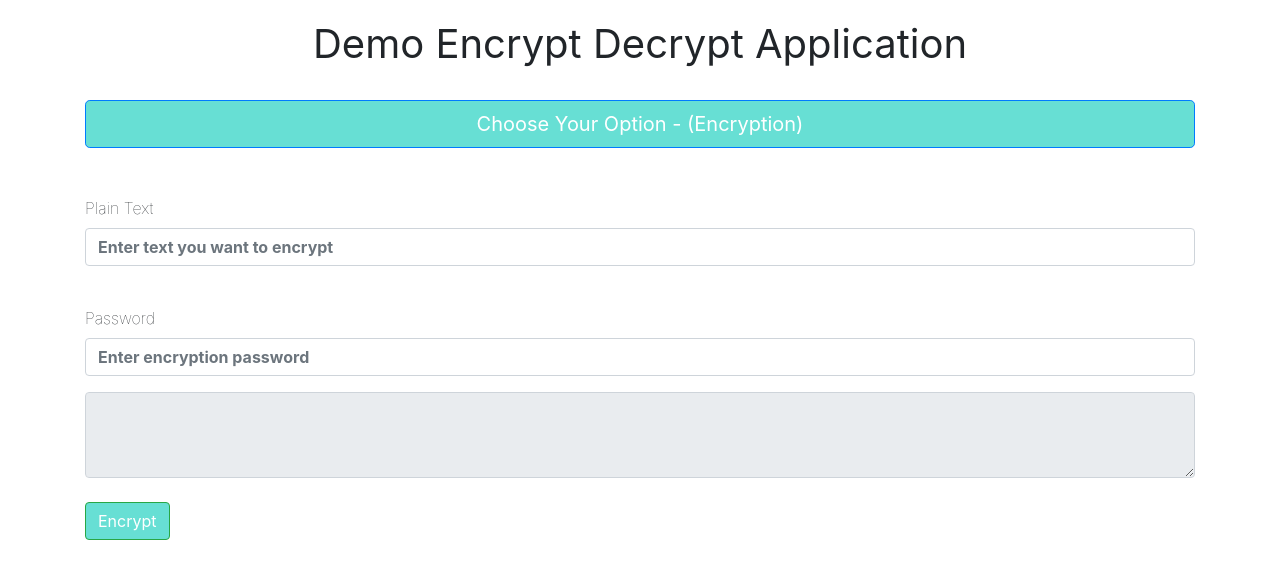
Repository: beardbytes/EncDecrypt
Page: / (app in EncryptDecrypt/)
The author's editor kept a copy of each file at every save. The page is drawn from the files as they stood at one save, then again after the next save.
The browser window is 1280 px wide. The pictures show the whole page.
The project was rebuilt for these pictures with package versions that can differ from the ones it lists, and the page was loaded fresh each time. Also part of the build but not shown: EncryptDecrypt/angular.json.

Above is the page before, as saved 2020-08-15 16:11:54.

After the next save:
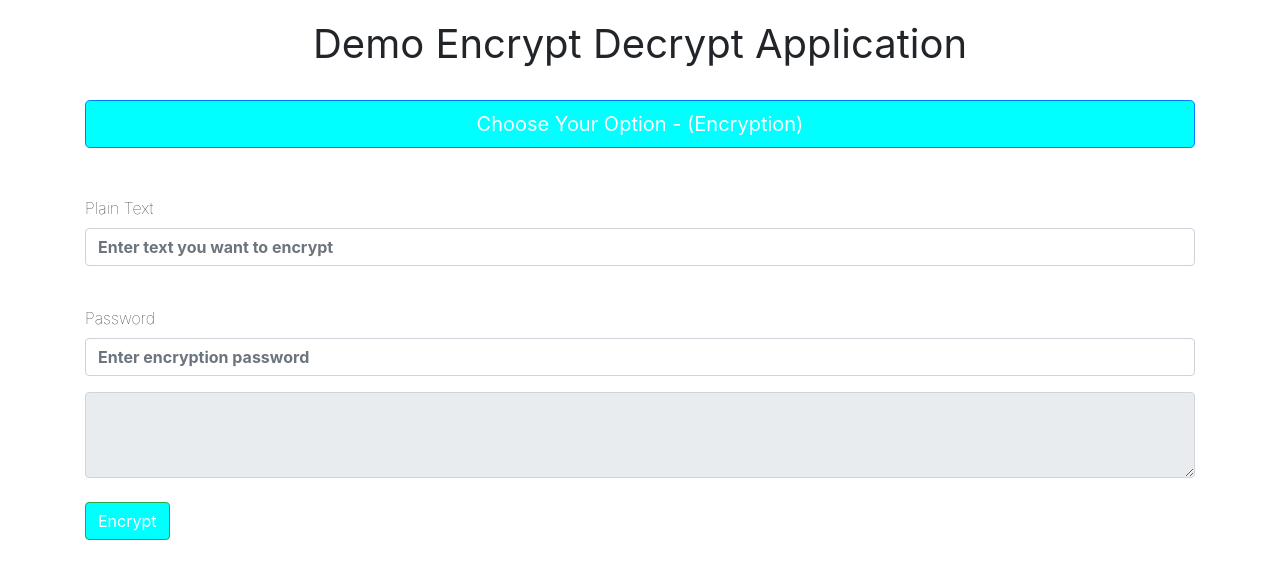
Saved 46 s later.
--- a/EncryptDecrypt/src/styles.css
+++ b/EncryptDecrypt/src/styles.css
@@ -11,7 +11,7 @@ body{
 }
 
 button[type="button"]{
-  background-color: #67dfd4;
+  background-color: #00FFFF	;
   color: #fff;
 
 }
